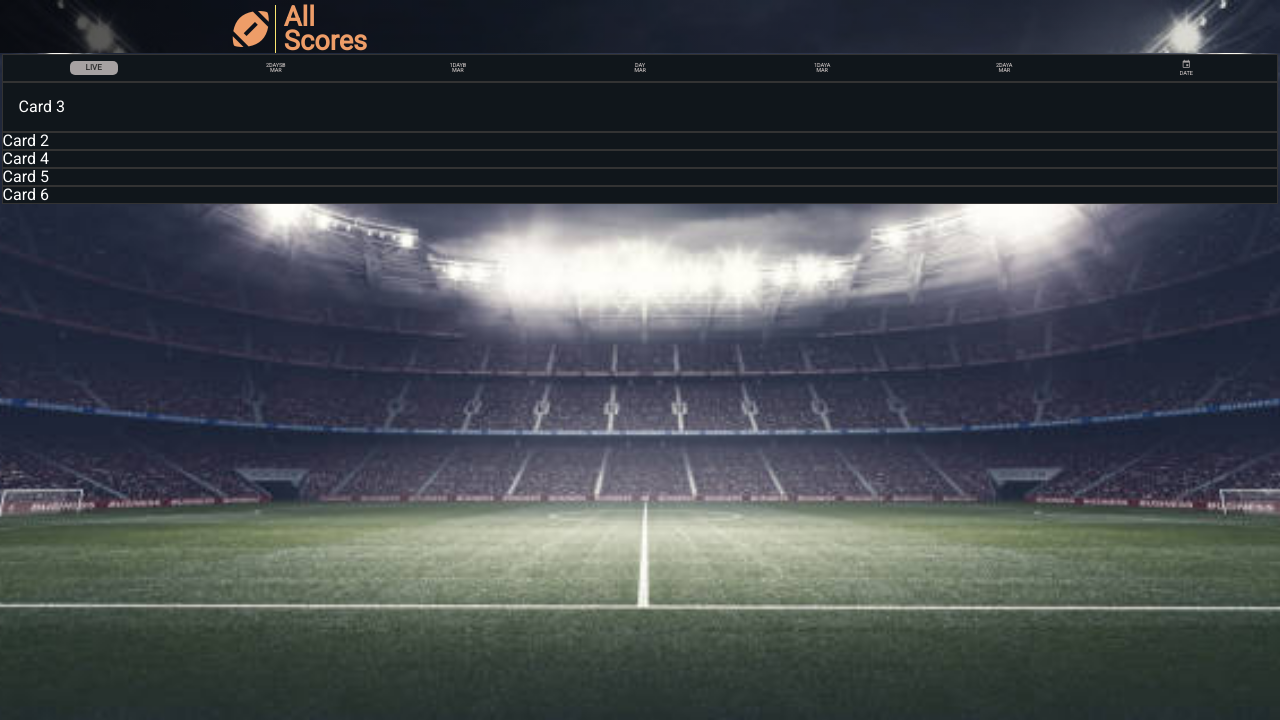
Repository: boomshakar/AllScores
Page: index.html
An editor plug-in stored every save of this project. The page is shown before and after the next save, followed by the edit.
The browser window is 1280 px wide. The pictures show the whole page.
The style sheet was rebuilt from its Sass, Less or Tailwind sources for each picture, by a compiler version that may differ from the author's.

Above is the page before, as saved 2021-03-30 03:46:24.

### index.html
<!DOCTYPE html>
<html lang="en">
  <head>
    <meta charset="UTF-8" />
    <meta http-equiv="X-UA-Compatible" content="IE=edge" />
    <meta name="viewport" content="width=device-width, initial-scale=1.0" />
    <title>All Scores</title>
    <link rel="stylesheet" href="css/main.css" />
    <link
      rel="stylesheet"
      href="https://fonts.googleapis.com/icon?family=Material+Icons"
    />
  </head>
  <body>
    <header>
      <a href="index.html" class="head-name__logo">
        <span class="material-icons md-48">sports_football</span>
        <h1>All<br />Scores</h1>
      </a>
      <ul class="head-name">
        <a href="index.html"
          ><li class="head-name__mob active">
            <span class="material-icons md-36">sports_soccer</span>
            <h3>Soccer</h3>
          </li></a
        >
        <a href="#"
          ><li class="head-name__mob">
            <span class="material-icons md-36">sports_basketball</span>
            <h3>Basket</h3>
          </li></a
        >
        <a href="#"
          ><li class="head-name__mob">
            <span class="material-icons md-36">golf_course</span>
            <h3>Golf</h3>
          </li></a
        >
        <a href="#"
          ><li class="head-name__mob">
            <span class="material-icons md-36">sports_tennis</span>
            <h3>Tennis</h3>
          </li></a
        >
      </ul>
      <div class="menu-btn">
        <span class="menu-btn__burger"></span>
      </div>
      <nav class="nav">
        <ul class="menu-nav">
          <div class="menu-nav__time">
            Lorem ipsum, dolor sit amet consectetur adipisicing elit. Qui
            quidem, dignissimos asperiores totam nesciunt laborum at consectetur
            nam temporibus ea.
          </div>
          <li class="menu-nav__item active">
            <a href="index.html" class="menu-nav__link">Soccer</a>
          </li>
          <li class="menu-nav__item">
            <a href="#" class="menu-nav__link">Basketball</a>
          </li>
          <li class="menu-nav__item">
            <a href="#" class="menu-nav__link">Tennis</a>
          </li>
          <li class="menu-nav__item">
            <a href="#" class="menu-nav__link">Hockey</a>
          </li>
          <li class="menu-nav__item">
            <a href="#" class="menu-nav__link">Golf</a>
          </li>
          <li class="menu-nav__item">
            <a href="#" class="menu-nav__link">Basketball</a>
          </li>
          <li class="menu-nav__item">
            <a href="#" class="menu-nav__link">Tennis</a>
          </li>
          <li class="menu-nav__item">
            <a href="#" class="menu-nav__link">Hockey</a>
          </li>
          <li class="menu-nav__item">
            <a href="#" class="menu-nav__link">Golf</a>
          </li>
          <li class="menu-nav__item">
            <a href="#" class="menu-nav__link">Basketball</a>
          </li>
          <li class="menu-nav__item">
            <a href="#" class="menu-nav__link">Tennis</a>
          </li>
          <li class="menu-nav__item">
            <a href="#" class="menu-nav__link">Hockey</a>
          </li>
          <li class="menu-nav__item">
            <a href="#" class="menu-nav__link">Golf</a>
          </li>
          <div class="menu-nav__foot">
            Lorem ipsum dolor sit amet consectetur adipisicing elit. Quisquam
            quod neque provident ex cumque adipisci, iusto, tempora quibusdam
            maxime, magni autem perferendis? Quibusdam, tenetur. Laudantium,
            velit reiciendis deleniti perferendis nesciunt vitae dolores itaque
            aut voluptas dolor veritatis. Optio ducimus consectetur nisi sequi,
            nesciunt id quis mollitia, laborum voluptates necessitatibus modi.
          </div>
        </ul>
      </nav>
    </header>
    <div class="grid-contain">
      <span class="card">
        <div class="date-select">
          <a href="#" class="date-select__link active"
            ><div class="date-select__match live-logo">
              <strong>live</strong>
            </div></a
          >
          <a href="#" class="date-select__link"
            ><div class="date-select__match">
              <h6>2daysB</h6>
              <h6>Mar</h6>
            </div></a
          >
          <a href="#" class="date-select__link"
            ><div class="date-select__match">
              <h6>1dayB</h6>
              <h6>Mar</h6>
            </div></a
          >
          <a href="#" class="date-select__link"
            ><div class="date-select__match">
              <h6>Day</h6>
              <h6>Mar</h6>
            </div></a
          >
          <a href="#" class="date-select__link"
            ><div class="date-select__match">
              <h6>1dayA</h6>
              <h6>Mar</h6>
            </div></a
          >
          <a href="#" class="date-select__link"
            ><div class="date-select__match">
              <h6>2dayA</h6>
              <h6>Mar</h6>
            </div></a
          >
          <a href="#" class="date-select__link"
            ><div class="date-select__match live-cal">
              <span class="material-icons"> event </span>
              <h6>Date</h6>
            </div></a
          >
        </div>
      </span>
      <div class="card">Card 2</div>
      <div class="card">Card 3</div>
      <div class="card">Card 4</div>
      <div class="card">Card 5</div>
      <div class="card">Card 6</div>
    </div>
  </body>
  <script src="main.js"></script>
</html>

### main.js
const menuBtn = document.querySelector(".menu-btn");
const menuBurger = document.querySelector(".menu-btn__burger");
const nav = document.querySelector(".nav");
const headName = document.querySelector(".head-name");
const menuNav = document.querySelector(".menu-nav");
const menuNavList = document.querySelectorAll(".menu-nav__item");

let menuOpen = false;

menuBtn.addEventListener("click", toggleMenu);

function toggleMenu() {
  if (!menuOpen) {
    menuBurger.classList.add("open");
    nav.classList.add("open");
    headName.classList.add("open");
    menuNav.classList.add("open");
    menuNavList.forEach((item) => item.classList.add("open"));

    menuOpen = true;
  } else {
    menuBurger.classList.remove("open");
    nav.classList.remove("open");
    headName.classList.remove("open");
    menuNav.classList.remove("open");
    menuNavList.forEach((item) => item.classList.remove("open"));

    menuOpen = false;
  }
}

### scss/main.scss
@import "config";
@import "menu";
@import "home";
@import "responsive";

body {
  position: relative;
  background: $primary-color;
  color: $text-color;
  height: 100vh;
  font-family: "Roboto", "Segoe UI", Tahoma, Verdana, sans-serif;
  line-height: 1;
  background: url(../img/stadium3.jpg);
  background-size: cover;
  background-repeat: no-repeat;
  background-position: center;
  background-attachment: fixed;
}

header {
  display: flex;
  z-index: 2;
  background: linear-gradient(to right, rgba(#000, 0.7), rgba(#000, 0.1)),
    url(../img/head.jpg);
  background-size: cover;
  background-repeat: no-repeat;
  position: fixed;
  width: 100vw;
  padding-top: 0.3rem;

  a {
    color: $secondary-color;
  }
}

### scss/_config.scss
$primary-color: #24303a;
$secondary-color: #ee9d68;
$text-color: #fae56f;
$text-color2: rgb(167, 162, 162);

* {
  box-sizing: border-box;
  margin: 0;
  padding: 0;
  outline: 0;
  list-style: none;
}
a {
  text-decoration: none;
}

@import url("https://fonts.googleapis.com/css2?family=Roboto&display=swap");

@mixin transition-mix {
  transition: all 0.5s ease-in-out;
}

@mixin media-xxsm {
  @media screen and (max-width: 313px) {
    @content;
    ul.head-name {
      visibility: hidden;
    }
  }
}

@mixin media-xsm {
  @media screen and (min-width: 314px) and (max-width: 359px) {
    @content;
  }
}

@mixin media-sm {
  @media screen and (min-width: 360px) and (max-width: 399px) {
    @content;
  }
}

@mixin media-smd {
  @media screen and (min-width: 400px) {
    @content;
  }
}

@mixin media-md {
  @media screen and (min-width: 500px) {
    @content;
  }
}

@mixin media-lg {
  @media screen and (min-width: 700px) {
    @content;
  }
}

@mixin media-xl {
  @media screen and (min-width: 1000px) {
    @content;
  }
}

### scss/_menu.scss
.menu-btn {
  position: fixed;
  z-index: 1;
  width: 28px;
  height: 20px;
  top: 0.8rem;
  right: 0.7rem;
  background: transparent;
  cursor: pointer;
  @include transition-mix;
  &__burger {
    position: absolute;
    width: 20px;
    height: 3px;
    right: 0.5rem;
    top: 0.5rem;
    background: pink;
    border-radius: 5px;
    @include transition-mix;

    &::before {
      content: "";
      position: absolute;
      width: 28px;
      height: 3px;
      top: -8px;
      background: $text-color;
      border-radius: 5px;
      @include transition-mix;
    }

    &::after {
      content: "";
      position: absolute;
      width: 28px;
      height: 3px;
      top: 8px;
      background: $text-color;
      border-radius: 5px;
      @include transition-mix;
    }

    &.open {
      transform: rotate(720deg);
      background: transparent;

      &::before {
        transform: rotate(45deg) translate(5px, 8px);
        background: $secondary-color;
      }
      &::after {
        transform: rotate(-45deg) translate(3px, -7px);
        background: $secondary-color;
      }
    }
  }
}
nav {
  position: fixed;
  top: 0;
  left: 0;
  width: 100vw;
  visibility: hidden;
  &.open {
    visibility: visible;
  }
}

.menu-nav {
  display: grid;
  grid-template-columns: 1fr;
  grid-template-rows: 1fr;
  width: 100vw;
  height: 100vh;
  top: 50px;
  left: 0;
  right: 0;
  bottom: 0;
  overflow-y: scroll;
  overflow-x: hidden;
  background: $primary-color;
  opacity: 0.97;
  transform: translateY(-100%);
  @include transition-mix;

  &.open {
    transform: translateY(0);
  }
  &__time {
    padding: 1.5rem 1.5rem 1rem 1.5rem;
    line-height: 1.2;
    font-size: 12px;
  }

  &__item {
    transform: translateX(100vw);
    border-bottom: 1px solid rgb(102, 96, 96);
    @include transition-mix;
    &:nth-of-type(1) {
      border-top: 1px solid rgb(102, 96, 96);
    }
    &.open {
      transform: translateX(0);
    }
    &.active > a {
      color: $secondary-color;
    }
  }

  &__link {
    display: grid;
    font-size: 1.1rem;
    padding: 0.7rem 0;
    font-weight: 600;
    text-transform: uppercase;
    text-align: center;
    color: rgb(167, 162, 162);
    @include transition-mix;

    &:hover {
      color: $secondary-color;
    }
  }

  &__foot {
    padding: 2rem 1.5rem 200px 1.5rem;
    font-size: 12px;
  }
}

@for $f from 1 through 14 {
  .menu-nav__item:nth-child(#{$f}) {
    transition-delay: ($f * 0.1s) + 0.05s;
  }
}

### scss/_home.scss
.grid-contain {
  padding: 3.4rem 0.1rem 1.5rem 0.1rem;
  display: grid;
  grid-template-columns: 1fr;

  .card {
    background: darken($primary-color, 10%);
    border: 1px solid #333;
    color: #fff;

    &:nth-child(1) {
      //date selector
      grid-column: 1 / 1;
      grid-row: 1/ 2;
      .date-select {
        display: flex;
        flex-direction: row;
        justify-content: space-around;

        &__link {
          color: $text-color2;
          padding: 0.3rem 0.5rem;
          text-transform: uppercase;
          text-align: center;
          align-content: center;
          justify-self: center;
          width: 4rem;
          &:nth-child(1) > .live-logo {
            color: #333;
            background: $text-color2;
            border-radius: 5px;
            padding: 3px;
          }
        }
        &__match {
          font-size: 0.5rem;
          .material-icons {
            font-size: 0.6rem;
          }
        }
      }
    }

    &:nth-child(2) {
      //left side
      grid-column: 1;
      grid-row: 3 / 4;
    }

    &:nth-child(3) {
      //main menu
      grid-column: 1;
      grid-row: 2 / 3;
      padding: 1rem;
    }

    &:nth-child(4) {
      //right side
      grid-column: 1;
      grid-row: 4 / 5;
    }

    &:nth-child(5) {
      //stciky ad below
      grid-column: 1;
      grid-row: 5 / 6;
    }

    &:nth-child(6) {
      //footer
      grid-column: 1;
      grid-row: 6 / 7;
    }
  }
}

### scss/_responsive.scss
@include media-xxsm {
  header {
    height: 2.8rem;
    justify-content: space-between;
    .head-name__logo {
      display: flex;
      flex-direction: row;
      cursor: pointer;
      &:hover > .material-icons {
        color: $text-color;
      }

      .material-icons {
        font-size: 2.5rem;
        align-items: center;
        cursor: pointer;
        @include transition-mix;
      }
      h1 {
        font-weight: 800;
        border-left: 1px solid $text-color;
        line-height: 1.3rem;
        padding: 0 0.5rem;
        font-size: 1.1rem;
        cursor: pointer;
      }
    }
  }
}

@include media-xsm {
  header {
    justify-content: space-between;
    .head-name__logo {
      display: flex;
      flex-direction: row;
      cursor: pointer;
      height: 2.5rem;
      &:hover > .material-icons {
        color: $text-color;
      }

      .material-icons {
        font-size: 2.5rem;
        align-items: center;
        cursor: pointer;
        @include transition-mix;
      }
      h1 {
        font-weight: 800;
        border-left: 1px solid $text-color;
        line-height: 1.3rem;
        padding: 0 0.5rem;
        font-size: 1.1rem;
        cursor: pointer;
      }
    }
    ul.head-name {
      display: flex;
      flex-direction: row;
      margin-right: 2rem;
      &.open {
        visibility: hidden;
      }

      .head-name__mob {
        border-left: 1px solid $text-color2;
        padding: 0 0.2rem;
        text-align: center;
        width: 3rem;
        @include transition-mix;
        &.active {
          background: linear-gradient(
            to right,
            rgba(#fff, 0.3),
            rgba(#fff, 0.1)
          );
          color: $text-color;
          border-radius: 5px;
          border-left: 1px solid $text-color;
        }
        &:hover > .material-icons {
          color: $text-color;
        }
      }
      .material-icons {
        font-size: 1.3rem;
        cursor: pointer;
        @include transition-mix;
      }
      h3 {
        font-size: 0.7rem;
      }
    }
    .menu-btn {
      right: -0.3rem;
    }
  }
}

@include media-sm {
  header {
    justify-content: space-between;
    .head-name__logo {
      display: flex;
      flex-direction: row;
      cursor: pointer;
      height: 2.5rem;
      &:hover > .material-icons {
        color: $text-color;
      }

      .material-icons {
        font-size: 2.5rem;
        align-items: center;
        cursor: pointer;
        @include transition-mix;
      }
      h1 {
        font-weight: 800;
        border-left: 1px solid $text-color;
        line-height: 1.3rem;
        padding: 0 0.5rem;
        font-size: 1.1rem;
        cursor: pointer;
      }
    }
    ul.head-name {
      display: flex;
      flex-direction: row;
      margin-right: 2rem;
      &.open {
        visibility: hidden;
      }

      .head-name__mob {
        border-left: 1px solid $text-color2;
        padding: 0 0.5rem;
        text-align: center;
        width: 3.3rem;
        &.active {
          background: linear-gradient(
            to right,
            rgba(#fff, 0.3),
            rgba(#fff, 0.1)
          );
          color: $text-color;
          border-radius: 5px;
          border-left: 1px solid $text-color;
        }
        &:hover > .material-icons {
          color: $text-color;
        }
      }
      .material-icons {
        font-size: 1.3rem;
        cursor: pointer;
        @include transition-mix;
      }
      h3 {
        font-size: 0.8rem;
      }
    }
    .menu-btn {
      right: 0.3rem;
    }
  }
}

@include media-smd {
  header {
    justify-content: space-between;
    .head-name__logo {
      display: flex;
      flex-direction: row;
      cursor: pointer;
      &:hover > .material-icons {
        color: $text-color;
      }

      .material-icons {
        font-size: 3rem;
        align-items: center;
        cursor: pointer;
        @include transition-mix;
      }
      h1 {
        font-weight: 800;
        border-left: 1px solid $text-color;
        line-height: 1.5rem;
        padding: 0 0.5rem;
        font-size: 1.4rem;
        cursor: pointer;
      }
    }
    ul.head-name {
      display: flex;
      flex-direction: row;
      margin-right: 2rem;
      &.open {
        visibility: hidden;
      }

      .head-name__mob {
        border-left: 1px solid $text-color2;
        padding: 0 0.3rem;
        text-align: center;
        width: 3.4rem;
        @include transition-mix;
        &.active {
          background: linear-gradient(
            to right,
            rgba(#fff, 0.3),
            rgba(#fff, 0.1)
          );
          color: $text-color;
          border-radius: 5px;
          border-left: 1px solid $text-color;
        }
        &:hover > .material-icons {
          color: $text-color;
        }
      }
      .material-icons {
        font-size: 1.7rem;
        cursor: pointer;
        @include transition-mix;
      }
      h3 {
        font-size: 0.8rem;
      }
    }
    .menu-btn {
      top: 1.2rem;
      right: 0.4rem;
    }
  }
}

@include media-md {
  header {
    justify-content: space-between;
    .head-name__logo {
      display: flex;
      flex-direction: row;
      cursor: pointer;
      &:hover > .material-icons {
        color: $text-color;
      }

      .material-icons {
        font-size: 3rem;
        align-items: center;
        cursor: pointer;
        @include transition-mix;
      }
      h1 {
        font-weight: 800;
        border-left: 1px solid $text-color;
        line-height: 1.5rem;
        padding: 0 0.5rem;
        font-size: 1.7rem;
        cursor: pointer;
      }
    }
    ul.head-name {
      display: flex;
      flex-direction: row;
      margin-right: 5rem;
      &.open {
        visibility: hidden;
      }

      .head-name__mob {
        border-left: 1px solid $text-color2;
        padding: 0 0.5rem;
        text-align: center;
        width: 3.8rem;
        @include transition-mix;
        &.active {
          background: linear-gradient(
            to right,
            rgba(#fff, 0.3),
            rgba(#fff, 0.1)
          );
          color: $text-color;
          border-radius: 5px;
          border-left: 1px solid $text-color;
        }
        &:hover > .material-icons {
          color: $text-color;
        }
      }
      .material-icons {
        font-size: 1.7rem;
        cursor: pointer;
        @include transition-mix;
      }
      h3 {
        font-size: 0.8rem;
      }
    }
  }
}

@include media-lg {
  header {
    justify-content: space-evenly;
    .head-name__logo {
      display: flex;
      flex-direction: row;
      cursor: pointer;
      margin-right: 8rem;
      &:hover > .material-icons {
        color: $text-color;
      }

      .material-icons {
        font-size: 3rem;
        align-items: center;
        cursor: pointer;
        @include transition-mix;
      }
      h1 {
        font-weight: 800;
        border-left: 1px solid $text-color;
        line-height: 1.5rem;
        padding: 0 0.5rem;
        font-size: 1.7rem;
        cursor: pointer;
      }
    }
    ul.head-name {
      display: flex;
      flex-direction: row;
      &.open {
        visibility: hidden;
      }

      .head-name__mob {
        border-left: 1px solid $text-color2;
        padding: 0 0.3rem;
        text-align: center;
        width: 3.8rem;
        &.active {
          background: linear-gradient(
            to right,
            rgba(#fff, 0.3),
            rgba(#fff, 0.1)
          );
          color: $text-color;
          border-radius: 5px;
          border-left: 1px solid $text-color;
        }
        &:hover > .material-icons {
          color: $text-color;
        }
      }
      .material-icons {
        font-size: 1.7rem;
        cursor: pointer;
        @include transition-mix;
      }
      h3 {
        font-size: 0.8rem;
      }
    }
    .menu-btn {
      visibility: hidden;
    }
  }
}

@include media-xl {
  header {
    justify-content: space-evenly;
    .head-name__logo {
      display: flex;
      flex-direction: row;
      cursor: pointer;
      margin-right: 8rem;
      &:hover > .material-icons {
        color: $text-color;
      }

      .material-icons {
        font-size: 3rem;
        align-items: center;
        cursor: pointer;
        @include transition-mix;
      }
      h1 {
        font-weight: 800;
        border-left: 1px solid $text-color;
        line-height: 1.5rem;
        padding: 0 0.5rem;
        font-size: 1.7rem;
        cursor: pointer;
      }
    }
    ul.head-name {
      display: flex;
      flex-direction: row;
      &.open {
        visibility: hidden;
      }

      .head-name__mob {
        border-left: 1px solid $text-color2;
        padding: 0 0.3rem;
        text-align: center;
        width: 3.8rem;
        &.active {
          background: linear-gradient(
            to right,
            rgba(#fff, 0.3),
            rgba(#fff, 0.1)
          );
          color: $text-color;
          border-radius: 5px;
          border-left: 1px solid $text-color;
        }
        &:hover > .material-icons {
          color: $text-color;
        }
      }
      .material-icons {
        font-size: 1.7rem;
        cursor: pointer;
        @include transition-mix;
      }
      h3 {
        font-size: 0.8rem;
      }
    }
  }
}

After the next save:
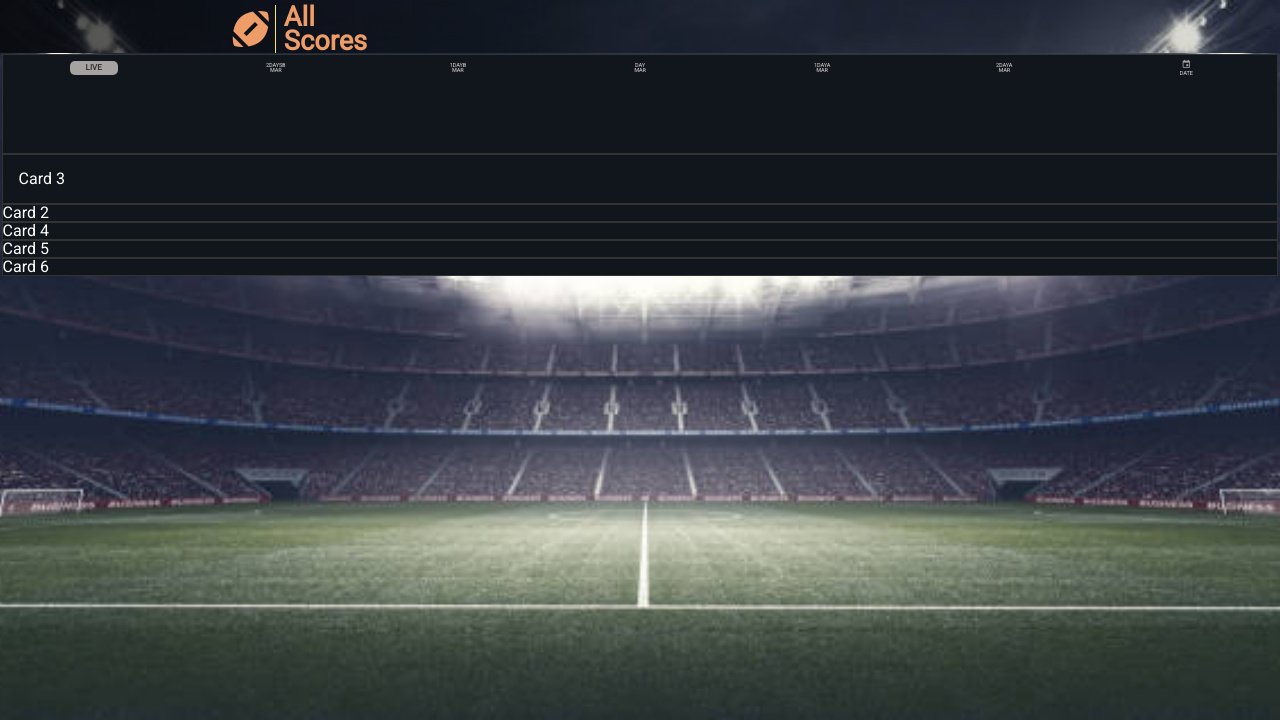
Saved 74 s later.
--- a/scss/_home.scss
+++ b/scss/_home.scss
@@ -2,6 +2,7 @@
   padding: 3.4rem 0.1rem 1.5rem 0.1rem;
   display: grid;
   grid-template-columns: 1fr;
+  grid-template-rows: repeat(auto-fit, minmax(100px, 1fr));
 
   .card {
     background: darken($primary-color, 10%);

After the save that followed:
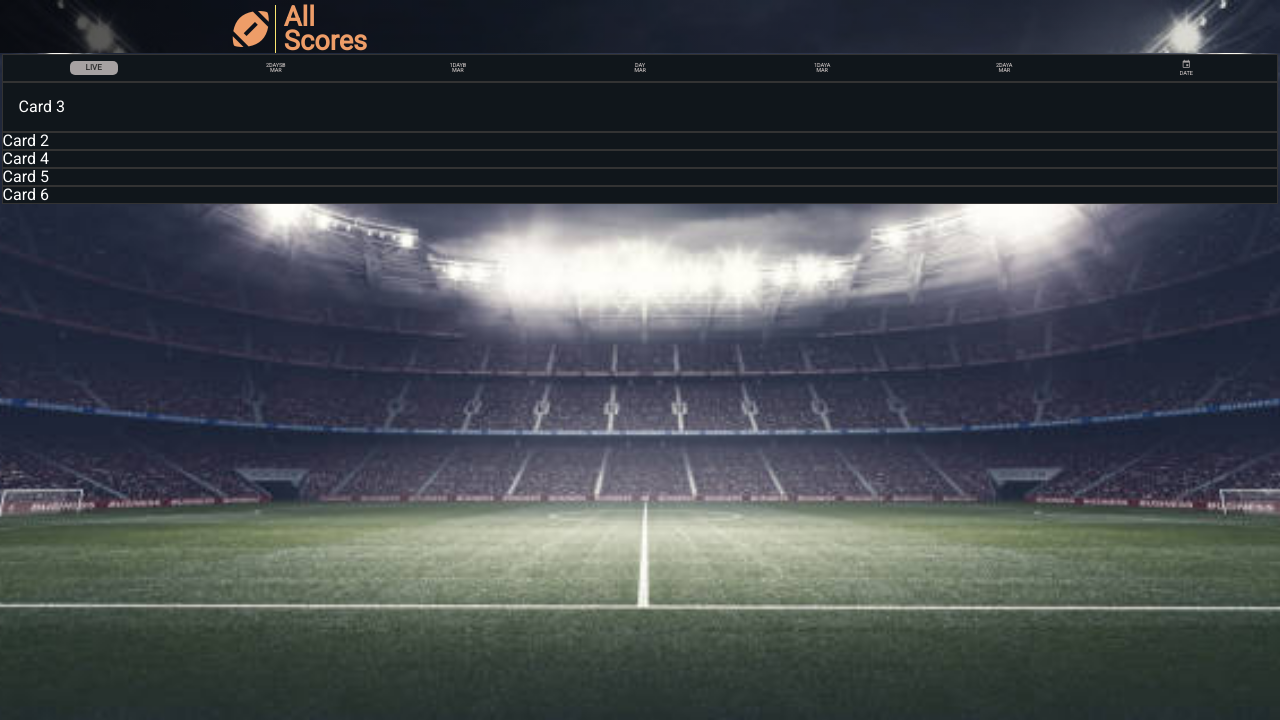
Saved 17 s later.
--- a/scss/_home.scss
+++ b/scss/_home.scss
@@ -2,7 +2,7 @@
   padding: 3.4rem 0.1rem 1.5rem 0.1rem;
   display: grid;
   grid-template-columns: 1fr;
-  grid-template-rows: repeat(auto-fit, minmax(100px, 1fr));
+  grid-template-rows: repeat(auto-fit, minmax(10px, 1fr));
 
   .card {
     background: darken($primary-color, 10%);
